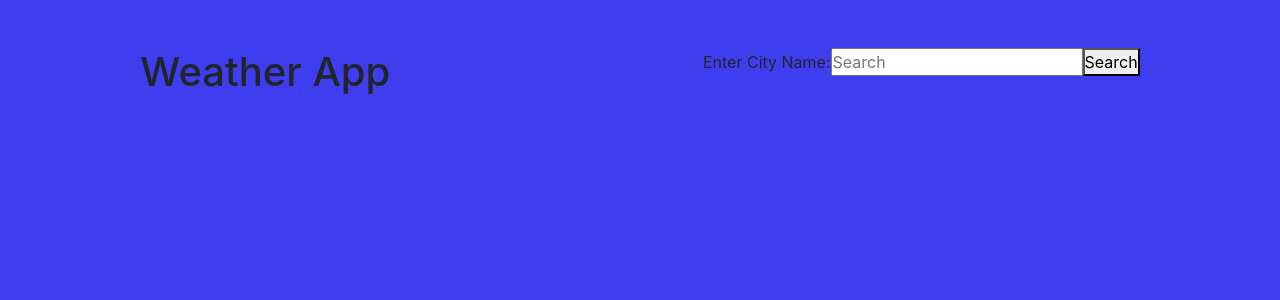
Repository: bhaveshtrades/weatherapp
Page: /
These files come from the project's save history. The page is drawn as it stood at one moment and after the next save; the edit follows.
The browser window is 1280 px wide. The pictures show the whole page.
The project was rebuilt for these pictures with package versions that can differ from the ones it lists, and the page was loaded fresh each time. Also part of the build but not shown: src/components/CurrentWeather.jsx.

Above is the page before, as saved 2023-01-08 19:09:06.

### public/index.html
<!DOCTYPE html>
<html lang="en">
  <head>
    <meta charset="utf-8" />
    <link rel="icon" href="%PUBLIC_URL%/favicon.ico" />
    <meta name="viewport" content="width=device-width, initial-scale=1" />
    <meta name="theme-color" content="#000000" />
    <meta
      name="description"
      content="Web site created using create-react-app"
    />
    <link rel="apple-touch-icon" href="%PUBLIC_URL%/logo192.png" />
    <!--
      manifest.json provides metadata used when your web app is installed on a
      user's mobile device or desktop. See https://developers.google.com/web/fundamentals/web-app-manifest/
    -->
    <link rel="manifest" href="%PUBLIC_URL%/manifest.json" />
    <link href="https://cdn.jsdelivr.net/npm/bootstrap@5.3.0-alpha1/dist/css/bootstrap.min.css" rel="stylesheet" integrity="sha384-GLhlTQ8iRABdZLl6O3oVMWSktQOp6b7In1Zl3/Jr59b6EGGoI1aFkw7cmDA6j6gD" crossorigin="anonymous" />
  </head>

    <!--
      Notice the use of %PUBLIC_URL% in the tags above.
      It will be replaced with the URL of the `public` folder during the build.
      Only files inside the `public` folder can be referenced from the HTML.

      Unlike "/favicon.ico" or "favicon.ico", "%PUBLIC_URL%/favicon.ico" will
      work correctly both with client-side routing and a non-root public URL.
      Learn how to configure a non-root public URL by running `npm run build`.
    -->
    <title>React App</title>
  </head>
  <body>
    <noscript>You need to enable JavaScript to run this app.</noscript>
    <div id="root"></div>
    <!--
      This HTML file is a template.
      If you open it directly in the browser, you will see an empty page.

      You can add webfonts, meta tags, or analytics to this file.
      The build step will place the bundled scripts into the <body> tag.

      To begin the development, run `npm start` or `yarn start`.
      To create a production bundle, use `npm run build` or `yarn build`.
    -->
  </body>
  <script src="https://cdn.jsdelivr.net/npm/@popperjs/core@2.11.6/dist/umd/popper.min.js" integrity="sha384-oBqDVmMz9ATKxIep9tiCxS/Z9fNfEXiDAYTujMAeBAsjFuCZSmKbSSUnQlmh/jp3" crossorigin="anonymous"></script>
  <script src="https://cdn.jsdelivr.net/npm/bootstrap@5.3.0-alpha1/dist/js/bootstrap.min.js" integrity="sha384-mQ93GR66B00ZXjt0YO5KlohRA5SY2XofN4zfuZxLkoj1gXtW8ANNCe9d5Y3eG5eD" crossorigin="anonymous"></script>
</html>

### src/App.js
import React, { useState } from 'react';
import './App.css';
import CurrentWeather from './components/CurrentWeather';
import Navbar from './components/Navbar';

function App() {

    const apiKey = process.env.REACT_APP_API_KEY;

    const[city, setCity] = useState();
    const[weatherData, setWeatherData] = useState([]);
    const[country, setCountry] = useState();
    const[location, setLocation] = useState();
    const[currentDate, setCurrentDate] = useState();
    const[currentDay, setCurrentDay] = useState();
    const[currentMonth, setCurrentMonth] = useState();
    const[currentIcon, setCurrentIcon] = useState();
    const[currentTemp, setCurrentTemp] = useState();
    const[currentStatus, setCurrentStatus] = useState();


    const weekDays = ['Sunday', 'Monday', 'Tuesday', 'Wednesday', 'Thursday', 'Friday', 'Saturday'];
    const months = ["January","February","March","April","May","June","July","August","September","October","November","December"];

    const currentAPI = `http://api.weatherapi.com/v1/current.json?key=${apiKey}&q=${city}`;

     const getWeather = (e)=>{
      e.preventDefault();
      fetch(currentAPI).then(data => data.json())
      .then((response)=>{
        setWeatherData([response]);
        setCountry(response.location.country);
        setLocation(response.location.name);
        setCurrentDate(new Date(`${response.current.last_updated}`).getDate());
        setCurrentDay(new Date(`${response.current.last_updated}`).getDay());
        setCurrentMonth(new Date(`${response.current.last_updated}`).getMonth());
        setCurrentIcon(response.current.condition.icon);
        setCurrentTemp(response.current.temp_c);
        setCurrentStatus(response.current.condition.text);
      });
    }


  return (
    <>
    <Navbar resultProp={getWeather} cityProp={(e)=>{setCity(e.target.value)}}/>
    {weatherData.length !==0 && <CurrentWeather countryProp={country} locationProp={location} dayProp={weekDays[currentDay]} dateProp={currentDate} monthProp={months[currentMonth]} currentIconProp={currentIcon} currentTempProp={currentTemp} currentStatusProp={currentStatus}/>}
    </>
  );
}

export default App;

### src/App.css
*{
  padding: 0;
  margin: 0;
}

body{
  background-color: rgba(61, 61, 240, 0.993);
}

.nDiv1{
  display: flex;
  justify-content: space-around;
  padding-top: 3rem;
}

.searchBox{
  margin-left: 2rem;
}

.cDiv1{
  margin-top: 4rem;
  padding-left: 7rem;
  color: whitesmoke;
}

.cDiv2{
  display: flex;
}

.cDiv3{
  display: flex;
  gap: 4rem;
  justify-content: center;
}

.cDiv5{
  padding-top: 2rem;
}

.cDiv6{
  padding-left: 2rem;
}

.currentIcon{
  height: 8rem;
  width: 8rem;
}

### src/components/Navbar.jsx
import React from 'react'

function Navbar({resultProp, cityProp}){

  return (
    <>
    <div className='nDiv1'>
    <div className='nDiv2'>
    <h1>Weather App</h1>
    </div>
    <div className='nDiv3'>
    <form className='searchBox' role="search" onSubmit={resultProp}>
        <label htmlFor='searchLocation' className='searchLabel'>Enter City Name: </label>
        <input className='searchInput' id='searchLocation' placeholder='Search' onChange={cityProp}/>
        <button className='searchButton' type="submit">Search</button>
    </form>
    </div>
    </div>
    </>
  )
}

export default Navbar;

Loaded but not shown: src/index.js (common file); src/index.css (common file); src/reportWebVitals.js (common file)

After the next save:
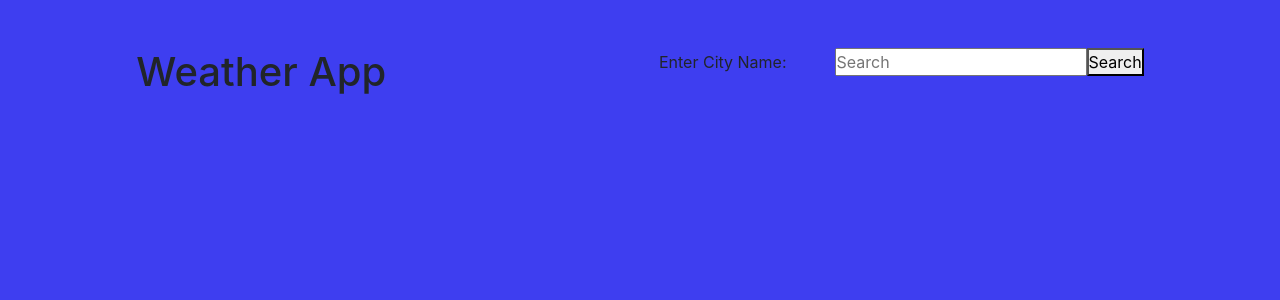
Saved 23 s later.
--- a/src/App.css
+++ b/src/App.css
@@ -13,8 +13,8 @@ body{
   padding-top: 3rem;
 }
 
-.searchBox{
-  margin-left: 2rem;
+.searchInput{
+  margin-left: 3rem;
 }
 
 .cDiv1{
